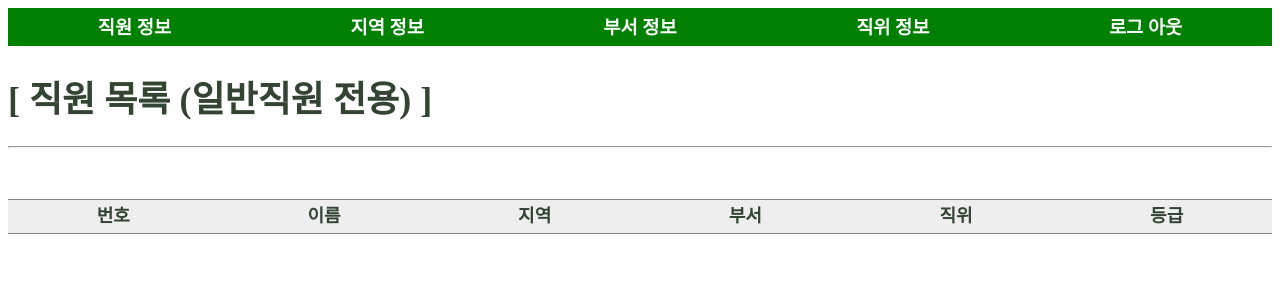
Repository: Umkimisstrong/UM_SpringMVCStudy
Page: http://localhost/mvc04/WEB-INF/view/RegList.jsp
The author's editor kept a copy of each file at every save. The page is drawn from the files as they stood at one save, then again after the next save.
The browser window is 1280 px wide. The pictures show the whole page.
The page is served by Tomcat 9. Nobody is signed in. The template is opened directly, without the code that normally fills it, so the values that code supplies are empty.

Above is the page before, as saved 2022-06-02 03:14:29.

### mvc04/WebContent/WEB-INF/view/RegList.jsp
<%@ page contentType="text/html; charset=UTF-8"%>
<%@ taglib prefix="c" uri="http://java.sun.com/jsp/jstl/core"%>
<%@ taglib prefix="fmt" uri="http://java.sun.com/jsp/jstl/fmt"%>
<%
	request.setCharacterEncoding("UTF-8");
	String cp = request.getContextPath();
%>
<!DOCTYPE html>
<html>
<head>
<meta charset="UTF-8">
<title>RegList.jsp</title>
<link rel="stylesheet" type="text/css" href="<%=cp %>/css/menuStyle.css">
<link rel="stylesheet" type="text/css" href="<%=cp %>/css/main.css">


</head>
<body>

<!---------------------------------------------------
	RegList.jsp
	- 부서 리스트 출력 페이지
	- 일반직원이 접근하는 부서 데이터 출력 페이지
	  (관리자가 접근하는 부서 데이터 출력페이지는
	   RegionList.jsp로 구성)
	- 입력 / 수정 / 삭제 기능 없음
 ---------------------------------------------------->


<div>
	<!-- 메뉴 영역 -->
	<div>
		<c:import url="EmployeeMenu.jsp"></c:import>
	</div>

	<!-- 콘텐츠 영역 -->
	<div id="content">
		<h1>[ 직원 목록 (일반직원 전용) ]</h1>
		<hr />

		<!-- 제거된 div -> 직원 추가 폼
		<div>
			<form action="">
				<input type="button" value="직원 추가" class="btn"
				onclick="location.href='employeeinsertform.action'"/>
				  onclick="location.href='EmployeeInsertForm.jsp'"/>

			</form>
		</div>
		-->
		<br />
		<br />
	<!-- ---------------------------------------------------
	EMPLOYEEID NAME DEPARTMENTNAME POSITIONNAME REGIONNAME GRADE
	----------------------------------------------------  -->
	<table id="customers" class="table">

		<tr>
			<th>번호</th>
			<th>이름</th>
			<th>지역</th>
			<th>부서</th>
			<th>직위</th>
			<th>등급</th>
		</tr>
	<!--
		<tr>
			<td>1</td>
			<td>김상기</td>

			<td>서울</td>
			<td>개발부</td>
			<td>사원</td>
			<td>관리자</td>
		</tr>
		<tr>
			<td>2</td>
			<td>이상기</td>
			<td>서울</td>
			<td>개발부</td>
			<td>사원</td>
			<td>관리자</td>
		</tr>
		<tr>
			<td>3</td>
			<td>박상기</td>
			<td>서울</td>
			<td>개발부</td>
			<td>사원</td>
			<td>관리자</td>
		</tr> -->


	<c:forEach	var="employee" items="${employeeList }">
	<tr>
		<td>${employee.employeeId }</td>
		<td>${employee.name }</td>
		<td>${employee.regionName }</td>
		<td>${employee.departmentName }</td>
		<td>${employee.positionName }</td>
		<td>${employee.grade==0 ? "관리자" : "일반사원" }</td>
	</tr>
	</c:forEach>


	</table>



	</div>

	<!-- 회사 소개 및 어플리케이션 소개 영역 -->
	<div id="footer">

	</div>

</div>





</body>
</html>

### mvc04/WebContent/WEB-INF/view/EmployeeMenu.jsp
<%@ page contentType="text/html; charset=UTF-8"%>
<%@ taglib prefix="c" uri="http://java.sun.com/jsp/jstl/core"%>
<%
	request.setCharacterEncoding("UTF-8");
	String cp = request.getContextPath();
%>
<!DOCTYPE html>
<html>
<head>
<meta charset="UTF-8">
<title>EmployeeMenu.jsp</title>
<link rel="stylesheet" type="text/css" href="<%=cp %>/css/menuStyle.css">
</head>
<body>

<!--------------------------------
      #13 EmployeeMenu.jsp
      - 메인 메뉴 페이지 구성
      - 로그아웃 기능 포함
 --------------------------------->
<%-- <span>${sessionScope.admin==null ? "normal" : "admin" }</span> --%>


<div id="menu">
	<ul>
		<c:choose>
			<c:when test="${sessionScope.admin==null }">
			<li>
				<a href="emplist.action" class="menu">직원 정보</a>
			</li>

			<li>
				<a href="reglist.action" class="menu">지역 정보</a>
			</li>

			<li>
				<a href="deptlist.action" class="menu">부서 정보</a>
			</li>

			<li>
				<a href="poslist.action" class="menu">직위 정보</a>
			</li>

			</c:when>
			<c:otherwise>
			<li>
				<a href="employeelist.action" class="menu">직원 관리</a>
			</li>

			<li>
				<a href="regionlist.action" class="menu">지역 관리</a>
			</li>

			<li>
				<a href="departmentlist.action" class="menu">부서 관리</a>
			</li>

			<li>
				<a href="positionlist.action" class="menu">직위 관리</a>
			</li>
			</c:otherwise>

		</c:choose>



		<li>
			<a href="logout.action" class="menu">로그 아웃</a>
		</li>
	</ul>
</div>






























</body>
</html>

### mvc04/WebContent/css/menuStyle.css
@charset "UTF-8";

/* ========================
    #14. menuStyle.css
    - 메뉴스타일 구성
======================== */

ul
{
	list-style-type: none;
	margin: 0;
	padding: 0;
	overflow: hidden;
}

li
{
	width: 20%;
	float: left;
}

a.menu:link, a.menu:visited
{
	display: block;
	font-weight: bold;
	color: #ffffff;
	background-color: #008000;
	text-align: center;
	padding: 4px;
	text-decoration: none;
	text-transform: uppercase;
	height: 30px;
	font-size: 14pt;
}

a.menu:hover, a.menu:active
{
	background-color: #ffffff;
	color: #008000;
	border: 2px solid #008000;
	border-radius: 5px;
	height: 26px;
}

### mvc04/WebContent/css/main.css
@charset "UTF-8";

/* ========================
	#16 main.css
	- 기본 스타일 지정
======================== */

body, p, div, span, input, table, th, td, select, textarea
{
	font-size: 18px;
	font-family: 맑은 고딕;
	color: #343;

}
a
{
	text-decoration: none;
	color: gray;
}

a:hover
{
	text-decoration: underline;
	color: red;

}
.table
{
	border-collapse: collapse;
	width: 100%;
}
.table th, .table td
{
	border: 1px solid gray;
	border-left: 0px;
	border-right: 0px;

	padding: 3px;
	line-height: 150%;
	text-align: center;
}


.table th
{
	font-weight: bold;
	background-color: #eee;
}

.table td
{
	font-size: 12pt;
}

.btn
{
	cursor: pointer;
	font-family: 맑은 고딕;
	font-weight: bold;
}

.btn:hover
{
	color: #ffffff;
	background-color: #008000;
}

After the next save:
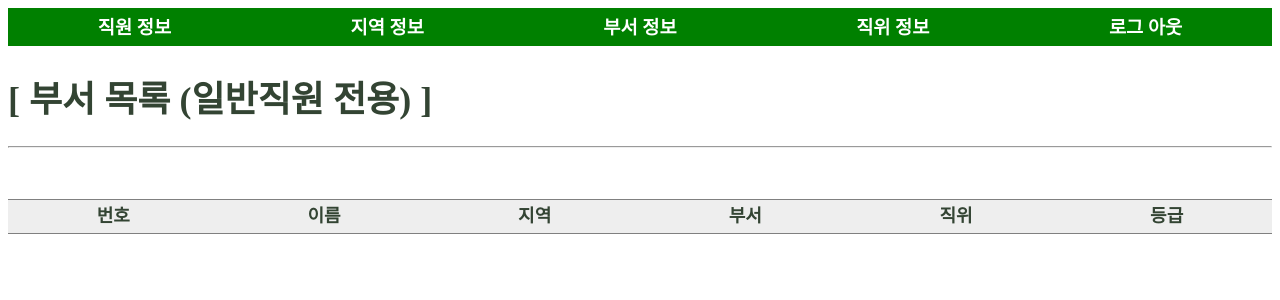
Saved 18 s later.
--- a/mvc04/WebContent/WEB-INF/view/RegList.jsp
+++ b/mvc04/WebContent/WEB-INF/view/RegList.jsp
@@ -35,7 +35,7 @@
 
 	<!-- 콘텐츠 영역 -->
 	<div id="content">
-		<h1>[ 직원 목록 (일반직원 전용) ]</h1>
+		<h1>[ 부서 목록 (일반직원 전용) ]</h1>
 		<hr />
 
 		<!-- 제거된 div -> 직원 추가 폼
